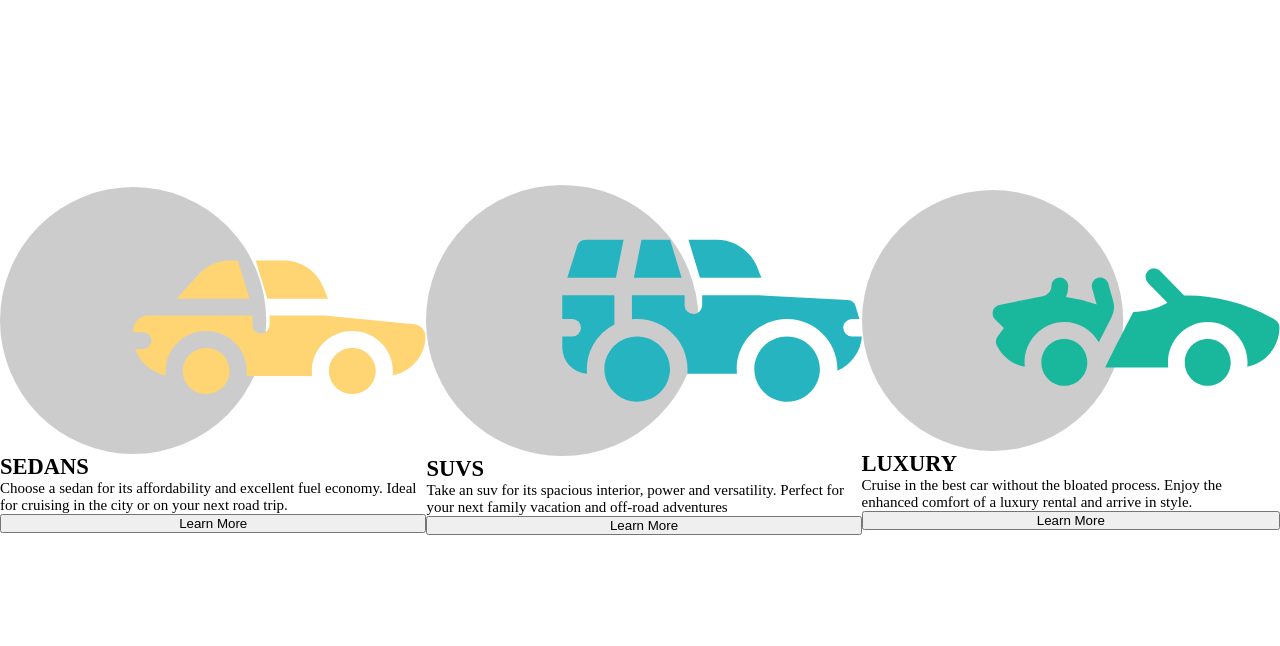
Repository: UnegbuAbigail/3-columns-cards
Page: index.html
These files come from the project's save history. The page is drawn as it stood at one moment and after the next save; the edit follows.
The browser window is 1280 px wide. The pictures show the whole page.

Above is the page before, as saved 2024-08-03 14:09:52.

After the next save:
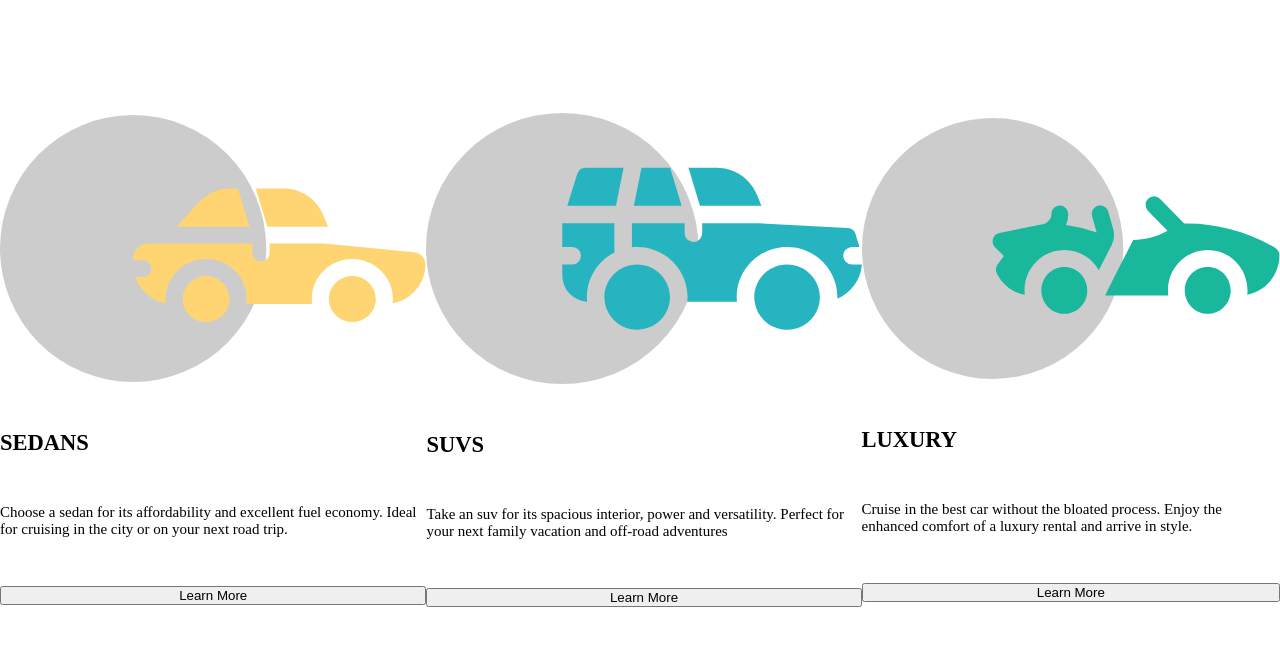
Saved 4 s later.
--- a/style.css
+++ b/style.css
@@ -49,5 +49,5 @@ section{
 .cards{
     display: flex;
     flex-direction: column;
-    gap: ;
+    gap: 3rem;
 }
